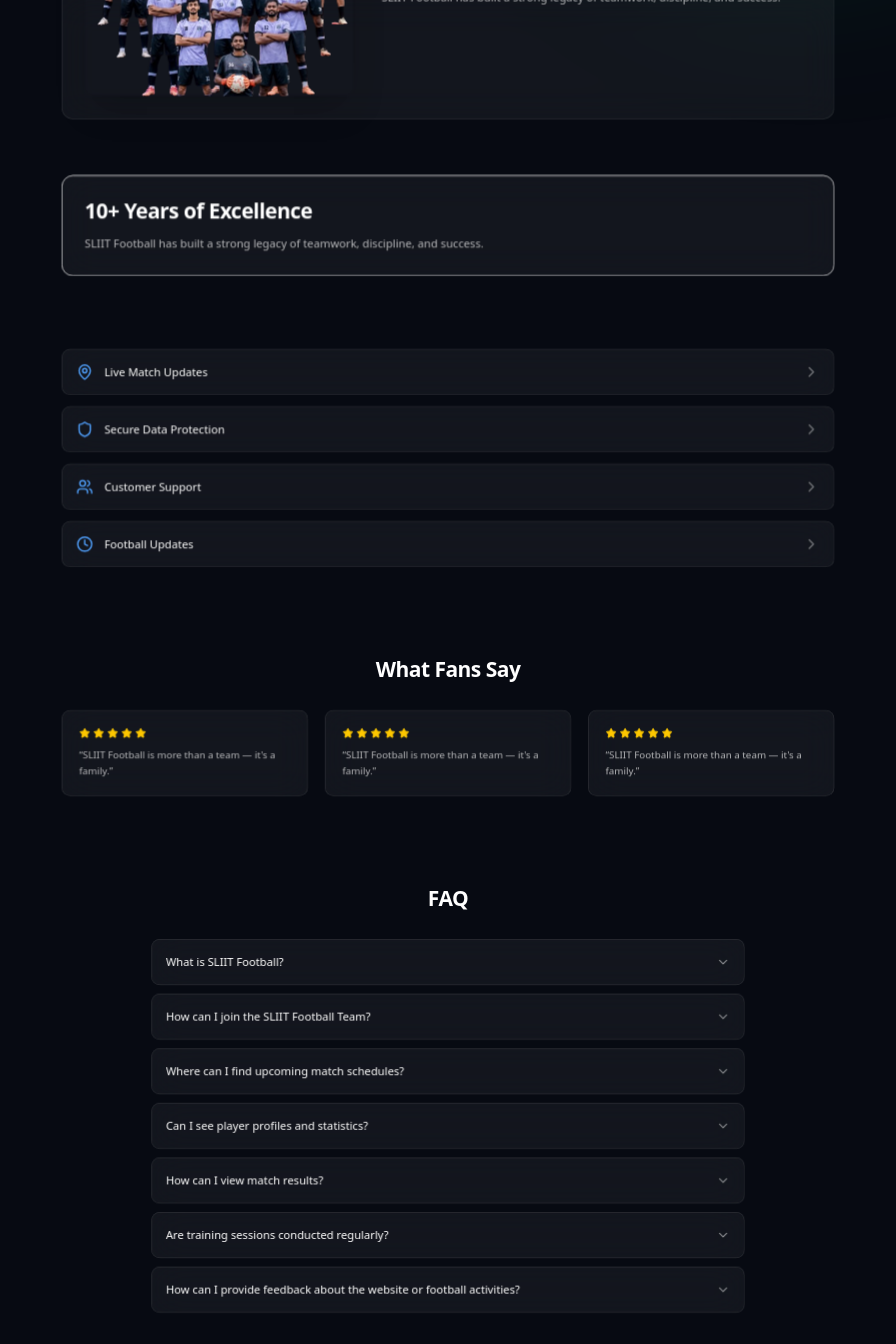
Repository: azeez6789/springboot-footbal-web
Page: /home (app in client/)
An editor plug-in stored every save of this project. The page is shown before and after the next save, followed by the edit.
The browser window is 1280 px wide. The pictures show the part of the page from y = 969 to 2889 px (the page is 3009 px tall before and 3007 px after), at 70% of full size.
The project was rebuilt for these pictures with package versions that can differ from the ones it lists, and the page was loaded fresh each time. Also part of the build but not shown: client/vite.config.js, client/src/common/services/userService.js, client/src/common/component/login.jsx, client/src/common/component/register.jsx, client/src/common/component/About.jsx, client/src/common/pages/event.jsx, client/src/common/pages/ticket.jsx, client/src/common/pages/playerForm.jsx and 19 more.

Above is the page before, as saved 2026-09-30 13:36:45.

After the next save:
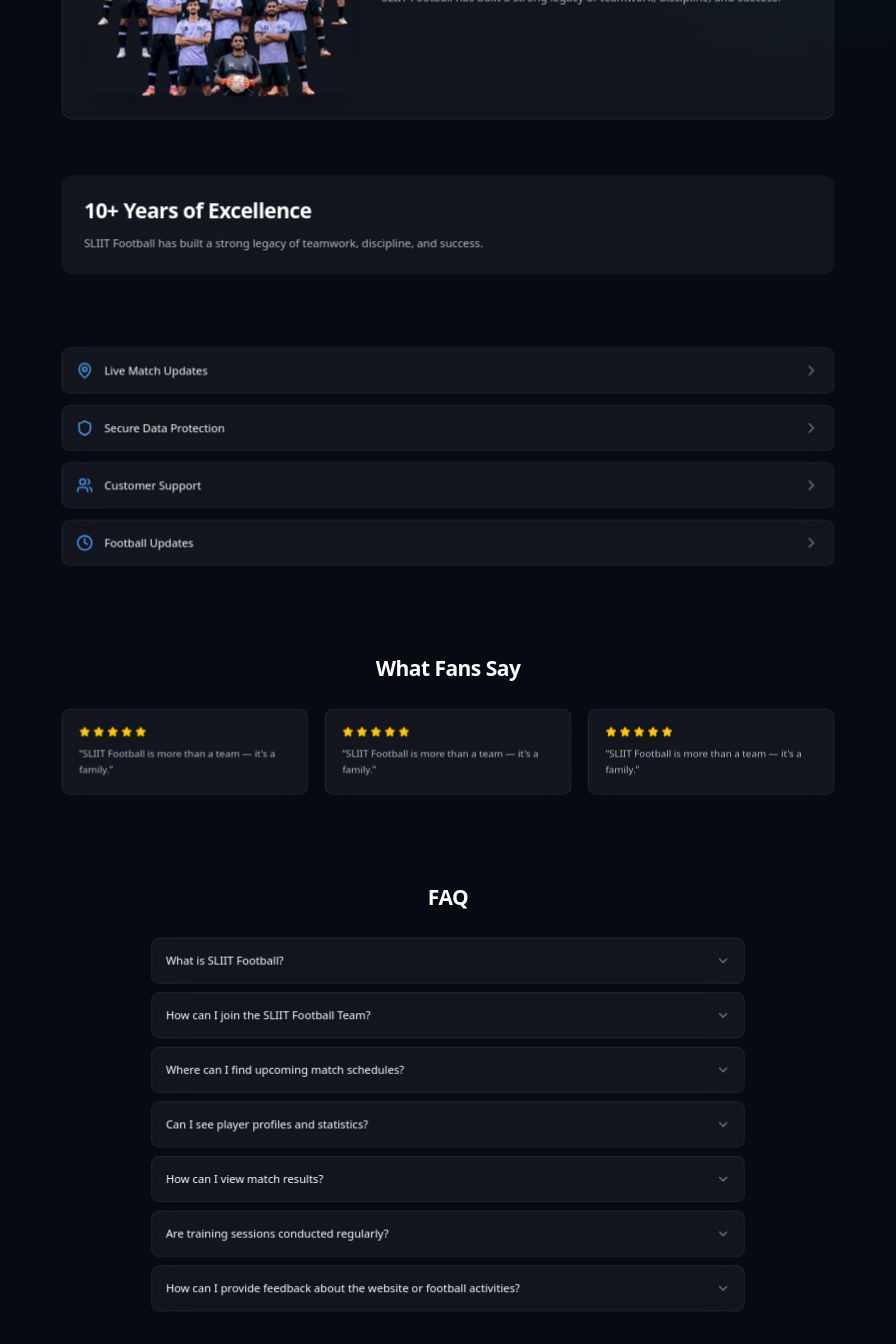
Saved 21 s later.
--- a/client/src/common/pages/home.jsx
+++ b/client/src/common/pages/home.jsx
@@ -234,7 +234,7 @@
       </section>
 
       <section className="max-w-6xl mx-auto px-6 py-10 relative z-10">
-        <div className="bg-white/5 border  backdrop-blur-xl rounded-2xl p-8  flex-col md:flex-row items-center gap-10">
+        <div className="bg-white/5   backdrop-blur-xl rounded-2xl p-8  flex-col md:flex-row items-center gap-10">
             <h2 className="text-3xl font-bold mb-4 tracking-tight">10+ Years of Excellence</h2>
             <p className="text-white/70 leading-relaxed">
                    SLIIT Football has built a strong legacy of teamwork, discipline, and success.
